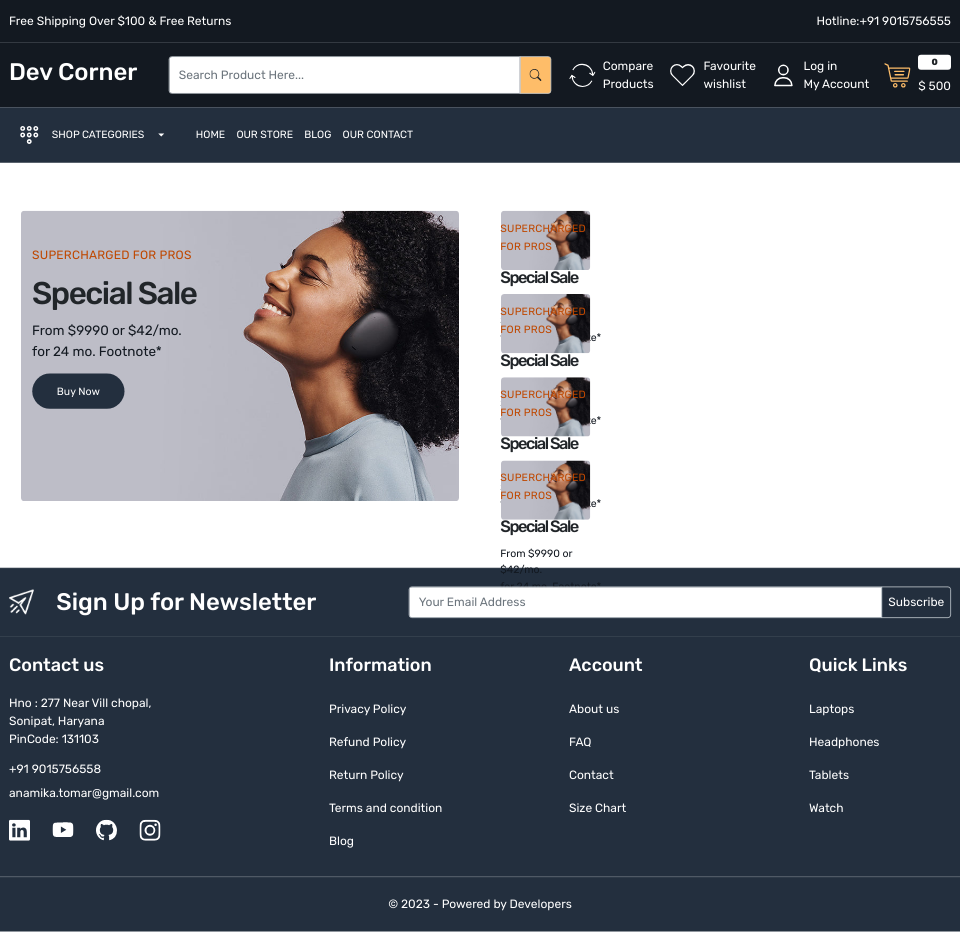
Repository: anamikatomar21/demo
Page: /
An editor plug-in stored every save of this project. The page is shown before and after a run of saves, followed by the edit.
The browser window is 1280 px wide. The pictures show the whole page, at 75% of full size.
The project was rebuilt for these pictures with package versions that can differ from the ones it lists, and the page was loaded fresh each time. Also part of the build but not shown: src/pages/About.js, src/pages/Contact.js.

Above is the page before, as saved 2023-05-14 20:54:36.

### public/index.html
<!DOCTYPE html>
<html lang="en">
  <head>
    <meta charset="utf-8" />
    <link rel="icon" href="%PUBLIC_URL%/favicon.ico" />
    <meta name="viewport" content="width=device-width, initial-scale=1" />
    <meta name="theme-color" content="#000000" />
    <meta
      name="description"
      content="Web site created using create-react-app"
    />
    <link rel="apple-touch-icon" href="%PUBLIC_URL%/logo192.png" />
    <link
      href="https://cdn.jsdelivr.net/npm/bootstrap@5.0.2/dist/css/bootstrap.min.css"
      rel="stylesheet"
      integrity="sha384-EVSTQN3/azprG1Anm3QDgpJLIm9Nao0Yz1ztcQTwFspd3yD65VohhpuuCOmLASjC"
      crossorigin="anonymous"
    />
    <link rel="manifest" href="%PUBLIC_URL%/manifest.json" />
    <link rel="preconnect" href="https://fonts.googleapis.com" />
    <link rel="preconnect" href="https://fonts.gstatic.com" crossorigin />
    <link
      href="https://fonts.googleapis.com/css2?family=Rubik:ital,wght@0,300;0,400;0,500;0,800;1,600&display=swap"
      rel="stylesheet"
    />
    <title>Ecommerce App</title>
  </head>
  <body>
    <noscript>You need to enable JavaScript to run this app.</noscript>
    <div id="root"></div>
    <script
      src="https://cdn.jsdelivr.net/npm/bootstrap@5.0.2/dist/js/bootstrap.bundle.min.js"
      integrity="sha384-MrcW6ZMFYlzcLA8Nl+NtUVF0sA7MsXsP1UyJoMp4YLEuNSfAP+JcXn/tWtIaxVXM"
      crossorigin="anonymous"
    ></script>
  </body>
</html>

### src/App.js
import React from "react";
import { BrowserRouter, Routes, Route } from "react-router-dom";
import "./App.css";
import Layout from "./components/Layout";
import Home from "./pages/Home";
import About from "./pages/About";
import Contact from "./pages/Contact";

function App() {
  return (
    <>
      <BrowserRouter>
        <Routes>
          <Route path="/" element={<Layout />}>
            <Route index element={<Home />} />
            <Route path="about" element={<About />} />
            <Route path="contact" element={<Contact />} />
          </Route>
        </Routes>
      </BrowserRouter>
    </>
  );
}

export default App;

### src/App.css
* {
  margin: 0;
  padding: 0;
  box-sizing: border-box;
}
:root {
  --color-131921: #131921;
  --color-3b4149: #3b4149;
  --color-febd69: #febd69;
  --color-232f3e: #232f3e;
  --color-bf4800: #bf4800;
  --color-f5f5f7: #f5f5f7;
  --color-ededed: #ededed;
  --color-777777: #777777;
  --color-1c1c1b: #1c1c1b;
}
.section-heading {
  font-size: 26px;
  line-height: 32px;
  font-weight: 500;
  margin-bottom: 30px;
}
.card-wrapper {
  background-color: white;
  box-shadow: 0 0 10px #0000001a;
  padding: 15px;
}
body {
  font-family: "Rubik", sans-serif;
}
a {
  text-decoration: none;
  display: inline-block;
}
.form-control:focus {
  box-shadow: none;
  border-color: inherit;
}

.gap-10 {
  gap: 10px;
}
.gap-15 {
  gap: 15px;
}
.gap-30 {
  gap: 30px;
}

.button {
  background-color: var(--color-232f3e);
  color: white;
  font-size: 14px;
  padding: 13px 33px;
  border-radius: 25px;
}
.button:hover {
  background-color: var(--color-febd69);
  color: #131921;
}
/* Header Part */

.header-top-strip {
  border-bottom: 1px solid var(--color-3b4149);
  background-color: var(--color-131921);
}
.header-upper {
  background-color: var(--color-131921);
}
.header-bottom {
  background-color: var(--color-232f3e);
}
.header-upper .input-group-text {
  background-color: var(--color-febd69);
}
.header-upper.header-upper-links img {
  width: 35px;
  height: 35px;
}
.header-bottom .menu-links a,
.header-bottom .dropdown button {
  color: white;
  font-size: 14px;
  line-height: 18px;
  font-weight: 400;
  letter-spacing: 0.3;
  text-transform: uppercase;
}

.header-bottom .dropdown button:focus {
  box-shadow: none;
}
.header-bottom .dropdown-menu {
  background-color: var(--color-131921);
  width: 100%;
  transform: translate3d(0px, 57px, 0px) !important;
}
.header-bottom .dropdown-item {
  padding: 20px;
  margin-bottom: 3px;
  border-bottom: 1px solid var(--color-3b4149);
}
.header-bottom .dropdown-item:hover {
  background-color: transparent;
  color: var(--color-febd69) !important;
}
/* Header Part End Here */

/* Footer part */

footer {
  background-color: var(--color-232f3e);
}
footer:not(:first-child) {
  border-top: 1px solid rgba(255, 255, 255, 0.1);
}
footer .input-group-text {
  background-color: var(--color-232f3e);
  color: white;
  padding: 8px 17px;
}
/* Footer part ends here */

/* Home Page starts */
.main-banner-content {
  top: 15%;
  left: 5%;
}
.main-banner-content h4 {
  font-size: 16px;
  font-weight: 400;
  line-height: 24px;
  color: var(--color-bf4800);
  margin: 0 0 12px;
  letter-spacing: 0.3px;
  text-transform: uppercase;
}
.main-banner-content h5 {
  font-size: 42px;
  line-height: 54px;
  letter-spacing: -2px;
  font-weight: 500;
  text-transform: none;
}

.main-banner-content p {
  font-size: 18px;
  line-height: 28px;
  letter-spacing: 0.4;
  color: var(--color-131921);
}
.small-banner-content {
  top: 25%;
  left: 10%;
}
.small-banner-content h4 {
  font-size: 14px;
  font-weight: 400;
  line-height: 24px;
  color: var(--color-bf4800);
  margin: 0 0 12px;
  letter-spacing: 0.3px;
  text-transform: uppercase;
}
.small-banner-content h5 {
  font-size: 22px;
  line-height: 34px;
  letter-spacing: -2px;
  font-weight: 500;
  text-transform: none;
}

.small-banner-content p {
  font-size: 14px;
  line-height: 22px;
  letter-spacing: 0.4;
  color: var(--color-131921);
}
.small-banner {
  width: 49%;
}
/* Home Page Ends */

### src/components/Layout.js
import React from "react";
import { Outlet } from "react-router-dom";
import Footer from "./Footer";
import Header from "./Header";

const Layout = () => {
  return (
    <>
      <Header />
      <Outlet />
      <Footer />
    </>
  );
};

export default Layout;

### src/pages/Home.js
import React from "react";
import { Link } from "react-router-dom";
const Home = () => {
  return (
    <>
      <section className="home-wrapper-1 py-5">
        <div className="container-xxl">
          <div className="row">
            <div className="col-6">
              <div className="main-banner p-3 position-relative">
                <img
                  src="/images/images/main-banner.jpg"
                  alt="main-banner"
                  className="img-fluid rounded-3"
                />
                <div className="main-banner-content position-absolute">
                  <h4>SUPERCHARGED FOR PROS</h4>
                  <h5>Special Sale </h5>
                  <p>
                    From $9990 or $42/mo.
                    <br />
                    for 24 mo. Footnote*
                  </p>
                  <Link className="button">Buy Now</Link>
                </div>
              </div>
            </div>

            <div className="col-6">
              <div className="col-6">
                <div className="small-banner p-3 position-relative">
                  <img
                    src="/images/images/main-banner.jpg"
                    alt="main-banner"
                    className="img-fluid rounded-3"
                  />
                  <div className="small-banner-content position-absolute">
                    <h4>SUPERCHARGED FOR PROS</h4>
                    <h5>Special Sale </h5>
                    <p>
                      From $9990 or $42/mo.
                      <br />
                      for 24 mo. Footnote*
                    </p>
                  </div>
                </div>
              </div>
              <div className="col-6">
                <div className="small-banner p-3 position-relative">
                  <img
                    src="/images/images/main-banner.jpg"
                    alt="main-banner"
                    className="img-fluid rounded-3"
                  />
                  <div className="small-banner-content position-absolute">
                    <h4>SUPERCHARGED FOR PROS</h4>
                    <h5>Special Sale </h5>
                    <p>
                      From $9990 or $42/mo.
                      <br />
                      for 24 mo. Footnote*
                    </p>
                  </div>
                </div>
              </div>
              <div className="col-6">
                <div className="small-banner p-3 position-relative">
                  <img
                    src="/images/images/main-banner.jpg"
                    alt="main-banner"
                    className="img-fluid rounded-3"
                  />
                  <div className="small-banner-content position-absolute">
                    <h4>SUPERCHARGED FOR PROS</h4>
                    <h5>Special Sale </h5>
                    <p>
                      From $9990 or $42/mo.
                      <br />
                      for 24 mo. Footnote*
                    </p>
                  </div>
                </div>
              </div>
              <div className="col-6">
                <div className="small-banner p-3 position-relative">
                  <img
                    src="/images/images/main-banner.jpg"
                    alt="main-banner"
                    className="img-fluid rounded-3"
                  />
                  <div className="small-banner-content position-absolute">
                    <h4>SUPERCHARGED FOR PROS</h4>
                    <h5>Special Sale </h5>
                    <p>
                      From $9990 or $42/mo.
                      <br />
                      for 24 mo. Footnote*
                    </p>
                  </div>
                </div>
              </div>
            </div>
          </div>
        </div>
      </section>
    </>
  );
};

export default Home;

Loaded but not shown: src/index.js (common file); src/components/Header.js (159 lines, source omitted); src/components/Footer.js (123 lines, source omitted)

After the next 3 saves:
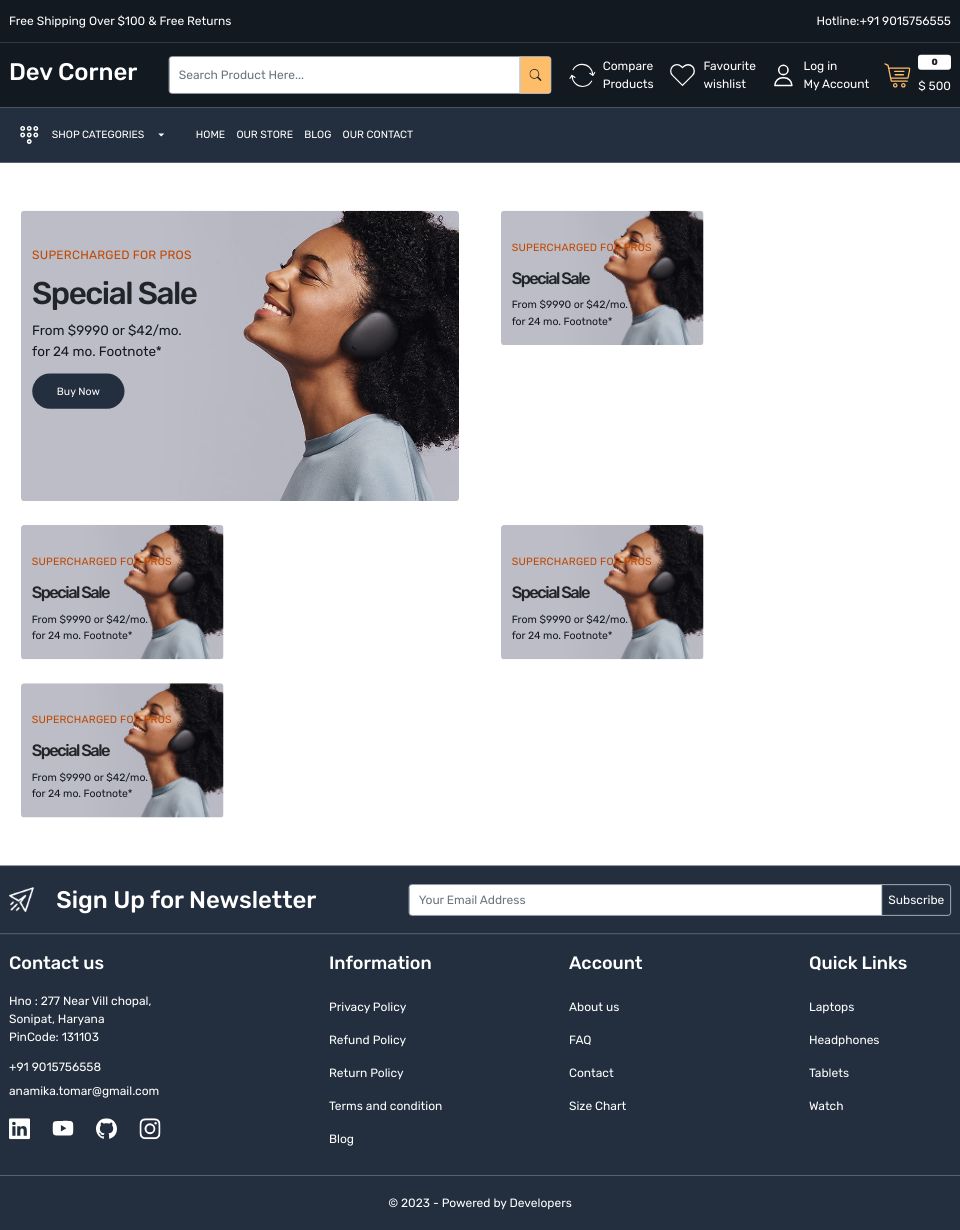
The 3 saves are shown as one change because they came seconds apart.
The last was saved 8 s later.
--- a/src/pages/Home.js
+++ b/src/pages/Home.js
@@ -27,76 +27,74 @@
             </div>
 
             <div className="col-6">
-              <div className="col-6">
-                <div className="small-banner p-3 position-relative">
-                  <img
-                    src="/images/images/main-banner.jpg"
-                    alt="main-banner"
-                    className="img-fluid rounded-3"
-                  />
-                  <div className="small-banner-content position-absolute">
-                    <h4>SUPERCHARGED FOR PROS</h4>
-                    <h5>Special Sale </h5>
-                    <p>
-                      From $9990 or $42/mo.
-                      <br />
-                      for 24 mo. Footnote*
-                    </p>
-                  </div>
+              <div className="small-banner p-3 position-relative">
+                <img
+                  src="/images/images/main-banner.jpg"
+                  alt="main-banner"
+                  className="img-fluid rounded-3"
+                />
+                <div className="small-banner-content position-absolute">
+                  <h4>SUPERCHARGED FOR PROS</h4>
+                  <h5>Special Sale </h5>
+                  <p>
+                    From $9990 or $42/mo.
+                    <br />
+                    for 24 mo. Footnote*
+                  </p>
                 </div>
               </div>
-              <div className="col-6">
-                <div className="small-banner p-3 position-relative">
-                  <img
-                    src="/images/images/main-banner.jpg"
-                    alt="main-banner"
-                    className="img-fluid rounded-3"
-                  />
-                  <div className="small-banner-content position-absolute">
-                    <h4>SUPERCHARGED FOR PROS</h4>
-                    <h5>Special Sale </h5>
-                    <p>
-                      From $9990 or $42/mo.
-                      <br />
-                      for 24 mo. Footnote*
-                    </p>
-                  </div>
+            </div>
+            <div className="col-6">
+              <div className="small-banner p-3 position-relative">
+                <img
+                  src="/images/images/main-banner.jpg"
+                  alt="main-banner"
+                  className="img-fluid rounded-3"
+                />
+                <div className="small-banner-content position-absolute">
+                  <h4>SUPERCHARGED FOR PROS</h4>
+                  <h5>Special Sale </h5>
+                  <p>
+                    From $9990 or $42/mo.
+                    <br />
+                    for 24 mo. Footnote*
+                  </p>
                 </div>
               </div>
-              <div className="col-6">
-                <div className="small-banner p-3 position-relative">
-                  <img
-                    src="/images/images/main-banner.jpg"
-                    alt="main-banner"
-                    className="img-fluid rounded-3"
-                  />
-                  <div className="small-banner-content position-absolute">
-                    <h4>SUPERCHARGED FOR PROS</h4>
-                    <h5>Special Sale </h5>
-                    <p>
-                      From $9990 or $42/mo.
-                      <br />
-                      for 24 mo. Footnote*
-                    </p>
-                  </div>
+            </div>
+            <div className="col-6">
+              <div className="small-banner p-3 position-relative">
+                <img
+                  src="/images/images/main-banner.jpg"
+                  alt="main-banner"
+                  className="img-fluid rounded-3"
+                />
+                <div className="small-banner-content position-absolute">
+                  <h4>SUPERCHARGED FOR PROS</h4>
+                  <h5>Special Sale </h5>
+                  <p>
+                    From $9990 or $42/mo.
+                    <br />
+                    for 24 mo. Footnote*
+                  </p>
                 </div>
               </div>
-              <div className="col-6">
-                <div className="small-banner p-3 position-relative">
-                  <img
-                    src="/images/images/main-banner.jpg"
-                    alt="main-banner"
-                    className="img-fluid rounded-3"
-                  />
-                  <div className="small-banner-content position-absolute">
-                    <h4>SUPERCHARGED FOR PROS</h4>
-                    <h5>Special Sale </h5>
-                    <p>
-                      From $9990 or $42/mo.
-                      <br />
-                      for 24 mo. Footnote*
-                    </p>
-                  </div>
+            </div>
+            <div className="col-6">
+              <div className="small-banner p-3 position-relative">
+                <img
+                  src="/images/images/main-banner.jpg"
+                  alt="main-banner"
+                  className="img-fluid rounded-3"
+                />
+                <div className="small-banner-content position-absolute">
+                  <h4>SUPERCHARGED FOR PROS</h4>
+                  <h5>Special Sale </h5>
+                  <p>
+                    From $9990 or $42/mo.
+                    <br />
+                    for 24 mo. Footnote*
+                  </p>
                 </div>
               </div>
             </div>

After the save that followed:
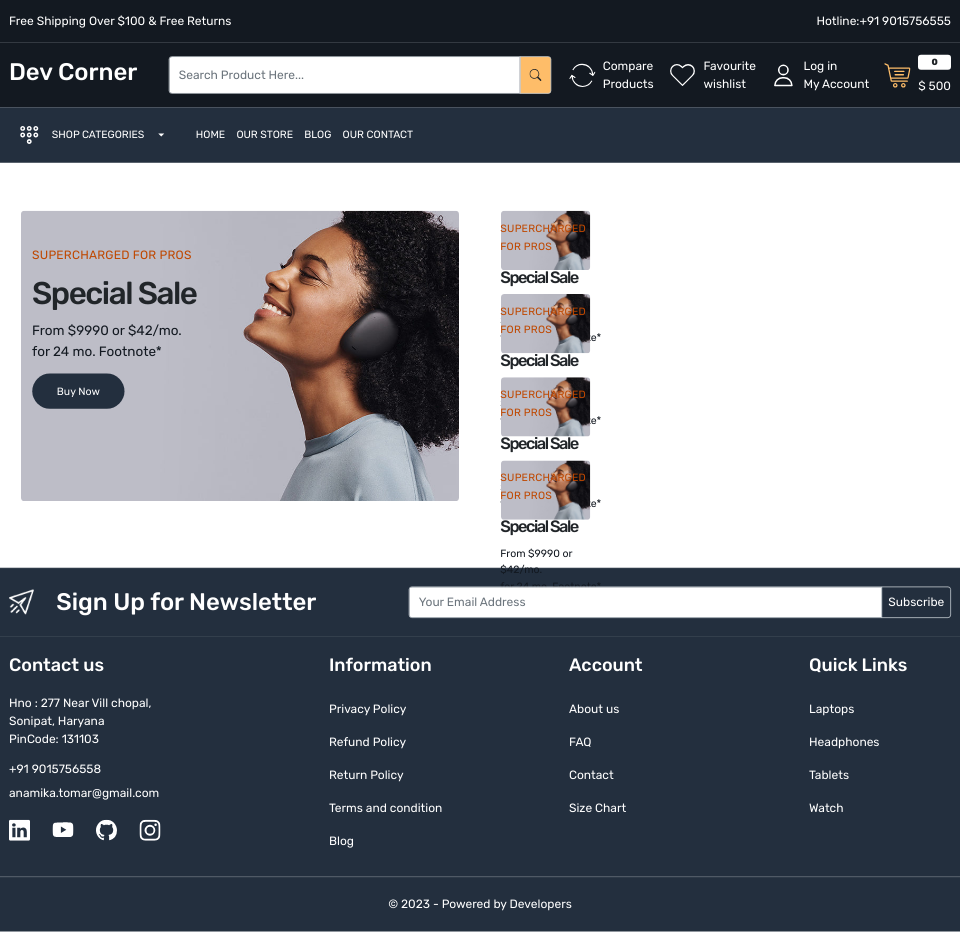
Saved 94 s later.
--- a/src/pages/Home.js
+++ b/src/pages/Home.js
@@ -27,74 +27,76 @@
             </div>
 
             <div className="col-6">
-              <div className="small-banner p-3 position-relative">
-                <img
-                  src="/images/images/main-banner.jpg"
-                  alt="main-banner"
-                  className="img-fluid rounded-3"
-                />
-                <div className="small-banner-content position-absolute">
-                  <h4>SUPERCHARGED FOR PROS</h4>
-                  <h5>Special Sale </h5>
-                  <p>
-                    From $9990 or $42/mo.
-                    <br />
-                    for 24 mo. Footnote*
-                  </p>
+              <div className="col-6">
+                <div className="small-banner p-3 position-relative">
+                  <img
+                    src="/images/images/main-banner.jpg"
+                    alt="main-banner"
+                    className="img-fluid rounded-3"
+                  />
+                  <div className="small-banner-content position-absolute">
+                    <h4>SUPERCHARGED FOR PROS</h4>
+                    <h5>Special Sale </h5>
+                    <p>
+                      From $9990 or $42/mo.
+                      <br />
+                      for 24 mo. Footnote*
+                    </p>
+                  </div>
                 </div>
               </div>
-            </div>
-            <div className="col-6">
-              <div className="small-banner p-3 position-relative">
-                <img
-                  src="/images/images/main-banner.jpg"
-                  alt="main-banner"
-                  className="img-fluid rounded-3"
-                />
-                <div className="small-banner-content position-absolute">
-                  <h4>SUPERCHARGED FOR PROS</h4>
-                  <h5>Special Sale </h5>
-                  <p>
-                    From $9990 or $42/mo.
-                    <br />
-                    for 24 mo. Footnote*
-                  </p>
+              <div className="col-6">
+                <div className="small-banner p-3 position-relative">
+                  <img
+                    src="/images/images/main-banner.jpg"
+                    alt="main-banner"
+                    className="img-fluid rounded-3"
+                  />
+                  <div className="small-banner-content position-absolute">
+                    <h4>SUPERCHARGED FOR PROS</h4>
+                    <h5>Special Sale </h5>
+                    <p>
+                      From $9990 or $42/mo.
+                      <br />
+                      for 24 mo. Footnote*
+                    </p>
+                  </div>
                 </div>
               </div>
-            </div>
-            <div className="col-6">
-              <div className="small-banner p-3 position-relative">
-                <img
-                  src="/images/images/main-banner.jpg"
-                  alt="main-banner"
-                  className="img-fluid rounded-3"
-                />
-                <div className="small-banner-content position-absolute">
-                  <h4>SUPERCHARGED FOR PROS</h4>
-                  <h5>Special Sale </h5>
-                  <p>
-                    From $9990 or $42/mo.
-                    <br />
-                    for 24 mo. Footnote*
-                  </p>
+              <div className="col-6">
+                <div className="small-banner p-3 position-relative">
+                  <img
+                    src="/images/images/main-banner.jpg"
+                    alt="main-banner"
+                    className="img-fluid rounded-3"
+                  />
+                  <div className="small-banner-content position-absolute">
+                    <h4>SUPERCHARGED FOR PROS</h4>
+                    <h5>Special Sale </h5>
+                    <p>
+                      From $9990 or $42/mo.
+                      <br />
+                      for 24 mo. Footnote*
+                    </p>
+                  </div>
                 </div>
               </div>
-            </div>
-            <div className="col-6">
-              <div className="small-banner p-3 position-relative">
-                <img
-                  src="/images/images/main-banner.jpg"
-                  alt="main-banner"
-                  className="img-fluid rounded-3"
-                />
-                <div className="small-banner-content position-absolute">
-                  <h4>SUPERCHARGED FOR PROS</h4>
-                  <h5>Special Sale </h5>
-                  <p>
-                    From $9990 or $42/mo.
-                    <br />
-                    for 24 mo. Footnote*
-                  </p>
+              <div className="col-6">
+                <div className="small-banner p-3 position-relative">
+                  <img
+                    src="/images/images/main-banner.jpg"
+                    alt="main-banner"
+                    className="img-fluid rounded-3"
+                  />
+                  <div className="small-banner-content position-absolute">
+                    <h4>SUPERCHARGED FOR PROS</h4>
+                    <h5>Special Sale </h5>
+                    <p>
+                      From $9990 or $42/mo.
+                      <br />
+                      for 24 mo. Footnote*
+                    </p>
+                  </div>
                 </div>
               </div>
             </div>
